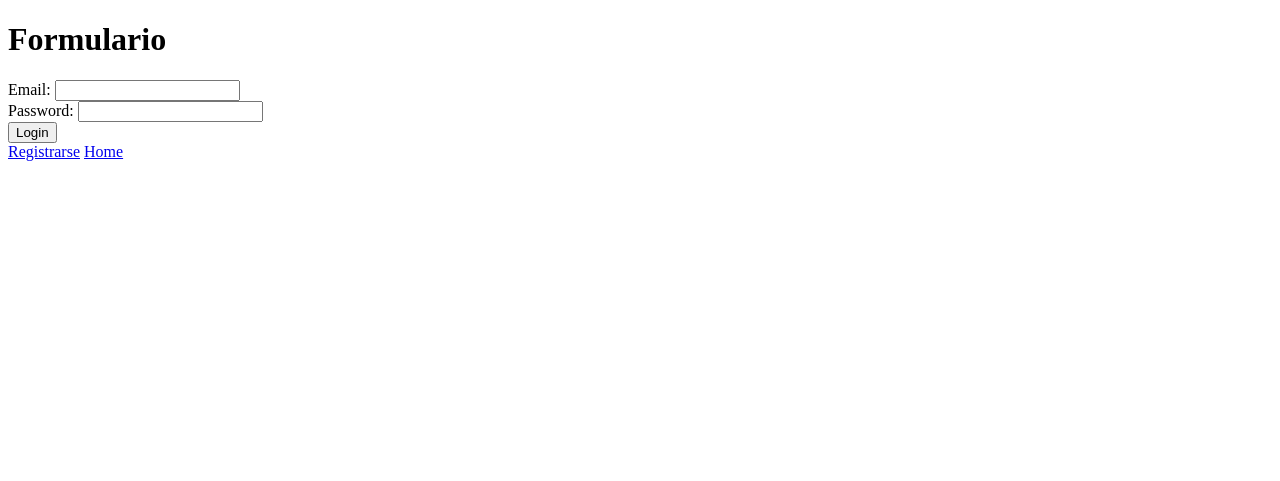
Repository: nachmz42/ProyectoJoker
Page: http://localhost/Joker/login.jsp
The author's editor kept a copy of each file at every save. The page is drawn from the files as they stood at one save, then again after the next save.
The browser window is 1280 px wide. The pictures show the whole page.
The page is served by Tomcat 9. Other server files are loaded and not shown.

Above is the page before, as saved 2021-07-02 12:47:48.

### Joker/src/main/webapp/login.jsp
<%@ page language="java" contentType="text/html; charset=ISO-8859-1"
    pageEncoding="ISO-8859-1"%>
<!DOCTYPE html>
<html>
<head>
<meta charset="ISO-8859-1">
<title>Insert title here</title>
</head>
<body>
<div class= "testbox">
<h1> Formulario</h1>
<form action="Login"  method="post">
<div class="form2" style="">
<label for="email">Email:</label>
<input class="input" type="email"  name="email" required><br>
<label for="password">Password:</label>
<input class="input" type="password"  name="password" required><br>
<input type="submit" value="Login">
<span style="color: red"><%=(request.getAttribute("msgerr") == null) ? "" : request.getAttribute("msgerr") %></span><br>
<a href="registro.jsp">Registrarse</a>
<a href="index.jsp">Home</a>
</div>

</form>
</div>


</body>
</html>

### Joker/src/main/webapp/STYLE/css/login.css
@charset "ISO-8859-1";

input[type=text], select {
	width: 75%;
	padding: 12px 20px;
	margin: 8px 0;
	display: inline-block;
	border: 1px solid #ccc;
	border-radius: 4px;
	box-sizing: border-box;
}

input[type=email], select {
	width: 75%;
	padding: 9px 12px;
	margin: 8px 0;
	display: inline-block;
	border: 1px solid #ccc;
	border-radius: 4px;
	box-sizing: border-box;
}

input[type=submit] {
	width: 50%;
	background-color: #4CAF50;
	color: white;
	padding: 8px 0px;
	margin: 8px 0;
	border: none;
	border-radius: 4px;
	cursor: pointer;
	Text-align: center;
}

input[type=reset] {
	width: 50%;
	background-color: #FFD333;
	color: white;
	padding: 8px 0px;
	margin: 8px 0;
	border: none;
	border-radius: 4px;
	cursor: pointer;
	Text-align: center;
}


.testbox {
	margin: 30px auto;
	width: 400px;
	height: 400px;
	-webkit-border-radius: 50px/30px;
	-moz-border-radius: 50px/30px;
	border-radius: 50px/30px;
	background-color: #ebebeb;
	-webkit-box-shadow: 2px 3px 6px rgba(0, 0, 0, .31);
	-moz-box-shadow: 2px 3px 6px rgba(0, 0, 0, .31);
	box-shadow: 2px 3px 6px rgba(0, 0, 0, .31);
	border: solid 3px #cbc9c9;
	Text-align: center;
	 font: oblique bold 100% cursive;
}





.form2 {
    Text-align: left;
    width: 350px;
    margin-left: 50px;
}

After the next save:
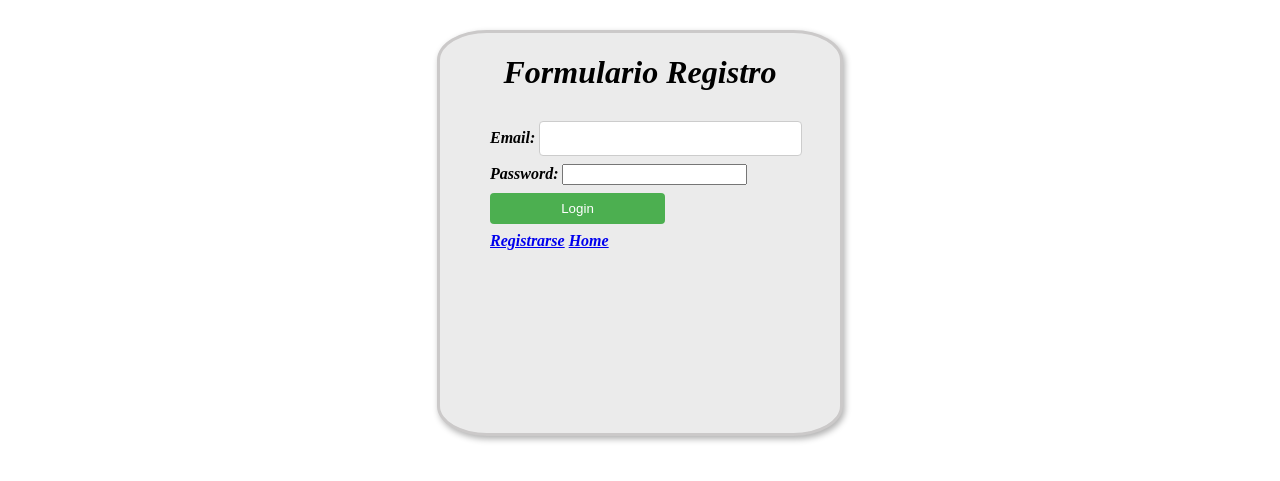
Saved 48 s later.
--- a/Joker/src/main/webapp/login.jsp
+++ b/Joker/src/main/webapp/login.jsp
@@ -5,10 +5,11 @@
 <head>
 <meta charset="ISO-8859-1">
 <title>Insert title here</title>
+<link rel="stylesheet" href="STYLE/css/login.css"></link>
 </head>
 <body>
 <div class= "testbox">
-<h1> Formulario</h1>
+<h1> Formulario Registro</h1>
 <form action="Login"  method="post">
 <div class="form2" style="">
 <label for="email">Email:</label>
